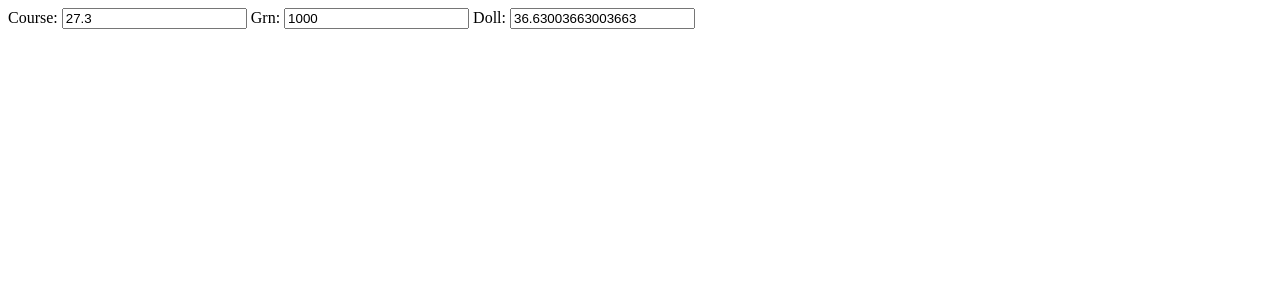
Repository: UkrAndy/Vue__4
Page: 1.Intro/index.html
These files come from the project's save history. The page is drawn as it stood at one moment and after the next save; the edit follows.
The browser window is 1280 px wide. The pictures show the whole page.

Above is the page before, as saved 2021-05-24 17:12:45.

### 1.Intro/index.html
<!DOCTYPE html>
<html lang="en">
  <head>
    <meta charset="UTF-8" />
    <meta http-equiv="X-UA-Compatible" content="IE=edge" />
    <meta name="viewport" content="width=device-width, initial-scale=1.0" />
    <title>Document</title>
    <script src="https://cdn.jsdelivr.net/npm/vue@2/dist/vue.js"></script>
  </head>

  <body>
    <div id="app">
      <label>
        Course:
        <input type="text" v-model="course" />
      </label>
      <label>
        Grn:
        <input type="text" v-model="grn" />
      </label>
      <label>
        Doll:
        <input type="text" :value="grn/course" />
      </label>
    </div>

    <script>
      let r = 20
      var app = new Vue({
        el: '#app',
        data: {
          course: 27.3,
          grn: 1000,
          doll: 0,
        },
      })
    </script>
  </body>
</html>

After the next save:
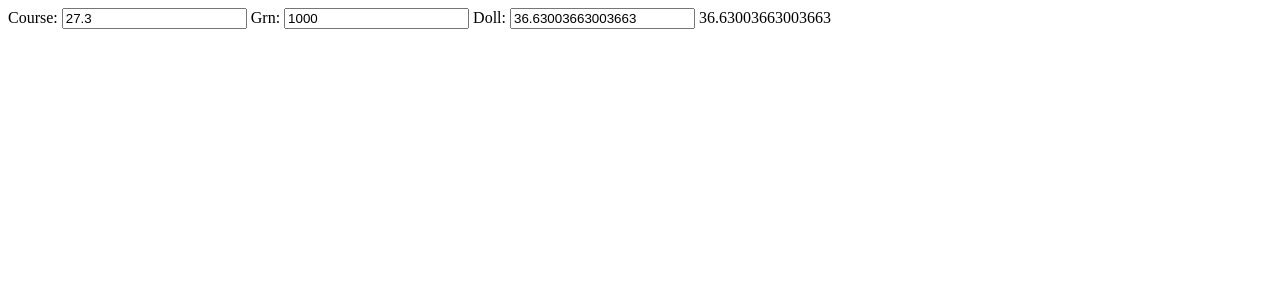
Saved 9 min 50 s later.
--- a/1.Intro/index.html
+++ b/1.Intro/index.html
@@ -21,6 +21,7 @@
       <label>
         Doll:
         <input type="text" :value="grn/course" />
+        {{grn/course}}
       </label>
     </div>
 

After the 2 saves that followed:
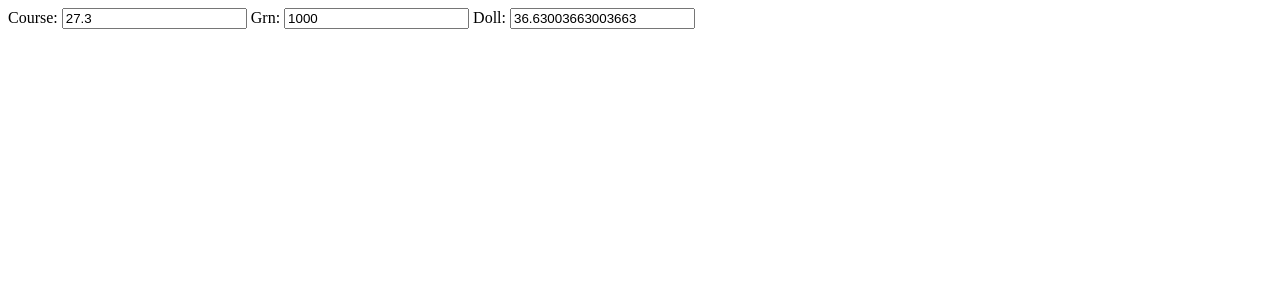
The 2 saves are shown as one change because 1 left the picture as it was.
The last was saved 11 min 25 s later.
--- a/1.Intro/index.html
+++ b/1.Intro/index.html
@@ -20,19 +20,24 @@
       </label>
       <label>
         Doll:
-        <input type="text" :value="grn/course" />
-        {{grn/course}}
+        <input type="text" :value="doll" />
       </label>
     </div>
 
     <script>
-      let r = 20
       var app = new Vue({
         el: '#app',
+        //Змінні, які ми змінюємо напряму
         data: {
           course: 27.3,
           grn: 1000,
-          doll: 0,
+        },
+        //Величини, які автоматично змінюються
+        //на основі інших змінних
+        computed: {
+          doll: function () {
+            return this.grn / this.course
+          },
         },
       })
     </script>
